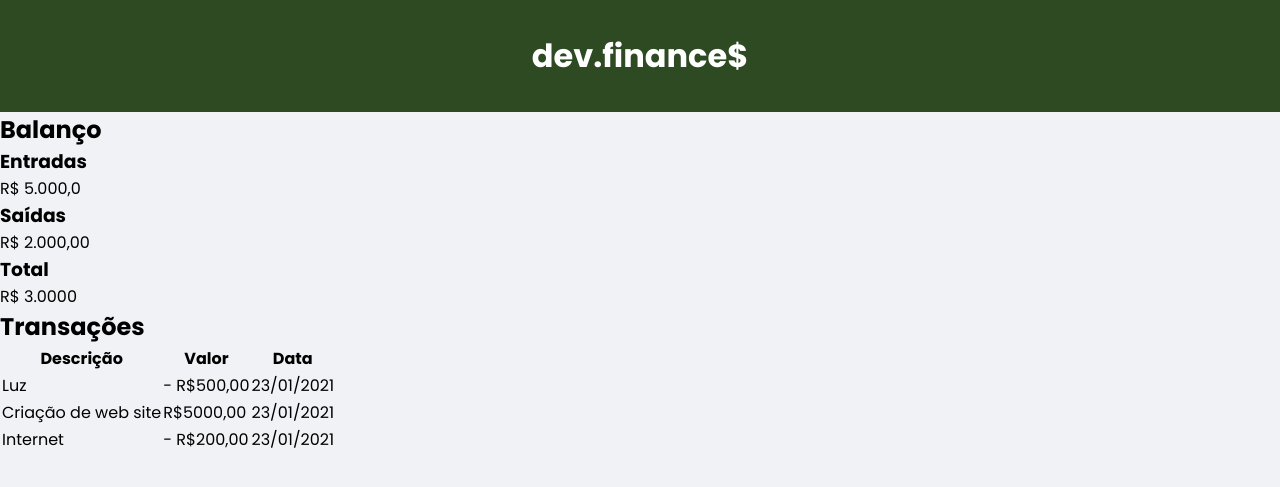
Repository: rafaelmgr12/maratona-dev01
Page: index.html
An editor plug-in stored every save of this project. The page is shown before and after the next save, followed by the edit.
The browser window is 1280 px wide. The pictures show the whole page.

Above is the page before, as saved 2021-04-26 20:14:50.

### index.html
<!DOCTYPE html>
<html lang="pt-br">
  <head>
    <meta charset="UTF-8" />
    <meta http-equiv="X-UA-Compatible" content="IE=edge" />
    <meta name="viewport" content="width=device-width, initial-scale=1.0" />
    <title>Rafael-app.finance$</title>
    <link rel="stylesheet" href="style.css">
    <link rel="preconnect" href="https://fonts.gstatic.com">
    <link href="https://fonts.googleapis.com/css2?family=Poppins:ital,wght@0,100;0,400;0,700;1,100;1,400;1,700&display=swap" rel="stylesheet">
  </head>
  <body>
    <header><h1 id = "logo">dev.finance$</h1></header>
    <main>
      <section id="balance">
        <h2>Balanço</h2>
        <divc class = "card">
          <h3>Entradas</h3>
          <p>R$ 5.000,0</p>
        </div>
        <div>
          <h3 class = "card">Saídas</h3>
          <p>R$ 2.000,00</p>
        </div>
        <div class="card">
          <h3>Total</h3>
          <p>R$ 3.0000</p>
        </div>
      </section>
      <section id = "transaction">
        <h2>Transações</h2>
        <table id= "data-table">
          <thead>
            <tr>
              <th>Descrição</th>
              <th>Valor</th>
              <th>Data</th>
            </tr>
          </thead>
          <tbody>
            <tr>
              <td>Luz</td>
              <td>- R$500,00</td>
              <td>23/01/2021</td>
            </tr>
            <tr>
              <td>Criação de web site</td>
              <td>R$5000,00</td>
              <td>23/01/2021</td>
            </tr>
            <tr>
              <td>Internet</td>
              <td>- R$200,00</td>
              <td>23/01/2021</td>
            </tr>
          </tbody>
        </table>
      </section>
    </main>
    <footer></footer>
  </body>
</html>

### style.css
* {
    margin: 0;
    padding: 0;
    box-sizing: border-box;
}

body{
    background : #f0f2f5;
    font-family: "Poppins", sans-serif;
}
/* Header ======================================== */
header{
    background: #2d4a22;
    padding: 2rem 0;
    text-align: center;

}

#logo {
    color : white;

}

After the next save:
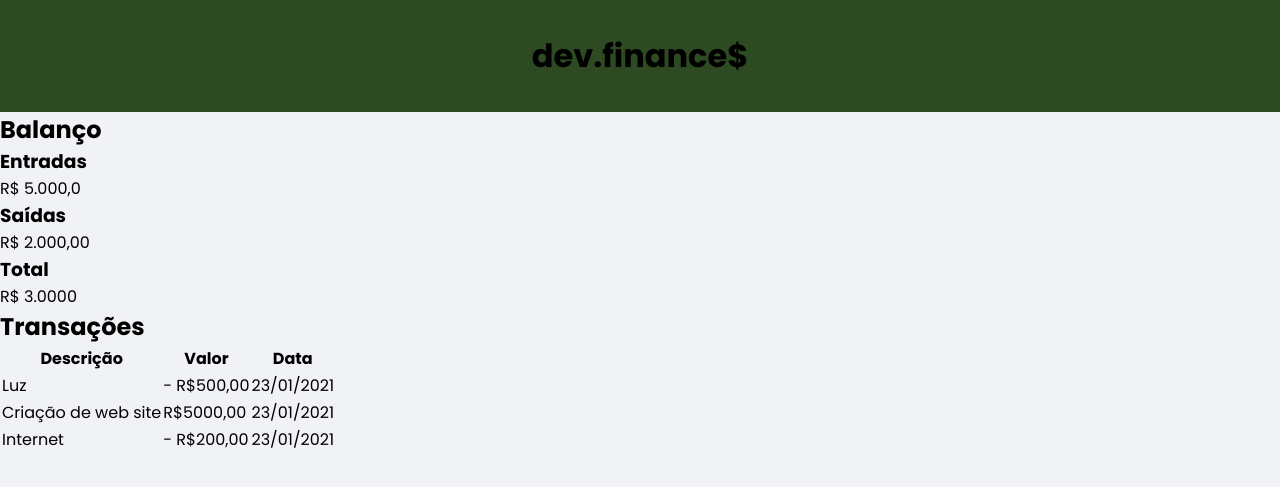
Saved 54 s later.
--- a/style.css
+++ b/style.css
@@ -17,6 +17,7 @@ header{
 }
 
 #logo {
-    color : white;
+    color  #fff;
+
 
 }

After the save that followed:
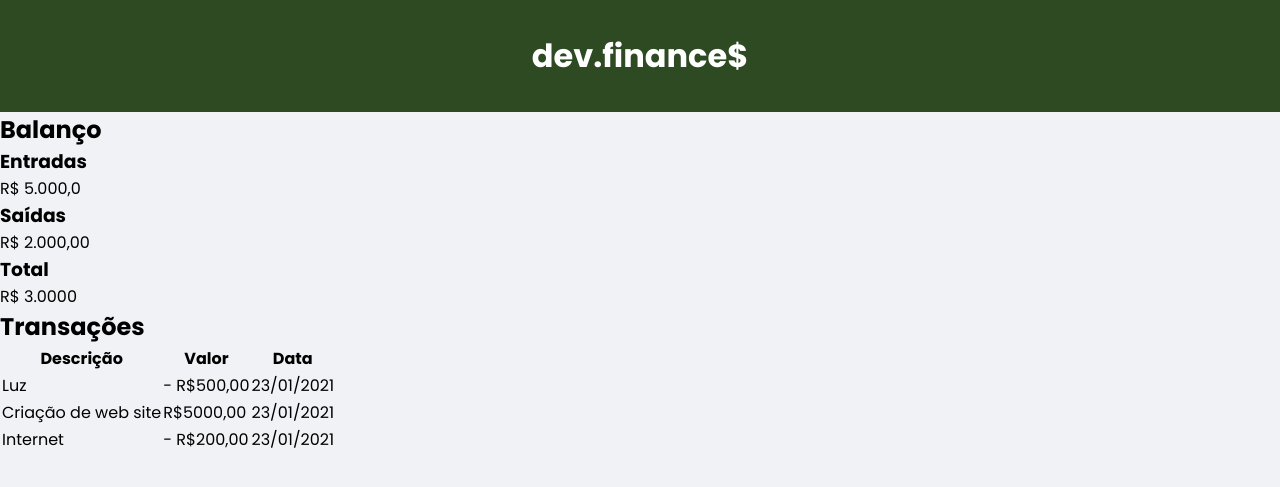
Saved 23 s later.
--- a/style.css
+++ b/style.css
@@ -17,7 +17,8 @@ header{
 }
 
 #logo {
-    color  #fff;
+    color : #fff;
+
 
 
 }
